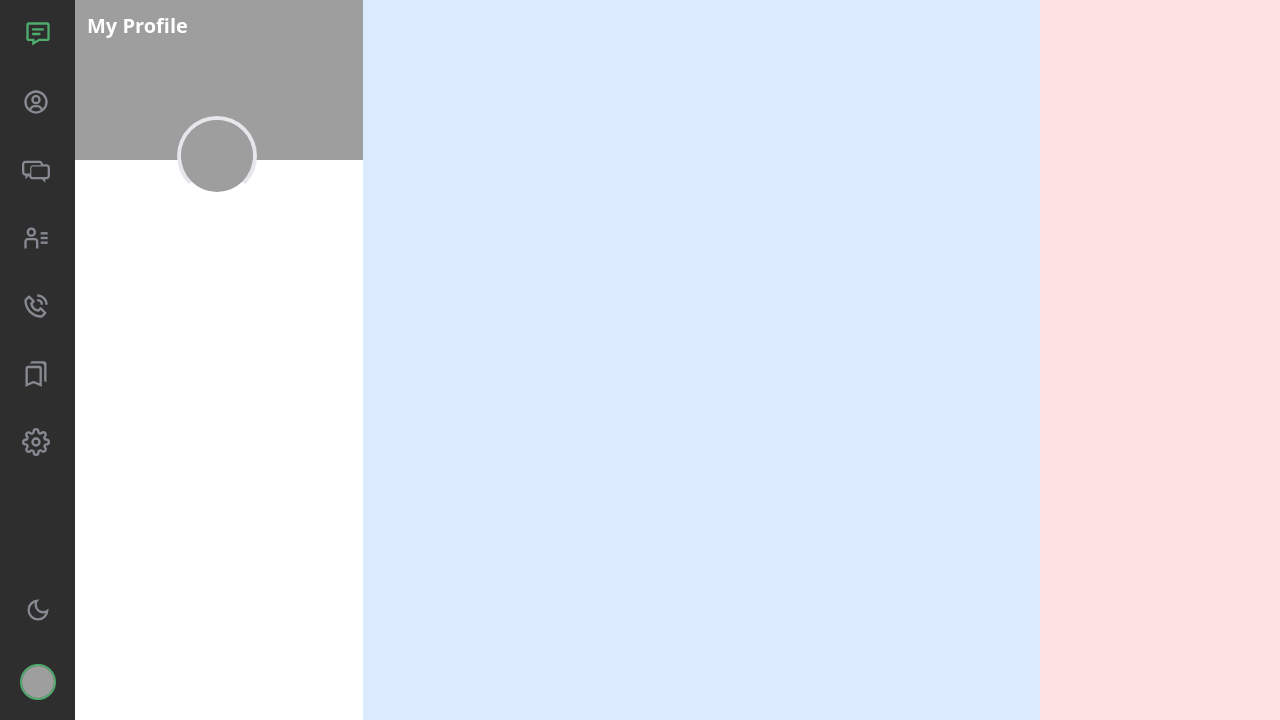
Repository: satya-ranjon/Chat-app
Page: /
The author's editor kept a copy of each file at every save. The page is drawn from the files as they stood at one save, then again after the next save.
The browser window is 1280 px wide. The pictures show the whole page.
Pictures or frames that could not be fetched are drawn as grey boxes. The project was rebuilt for these pictures with package versions that can differ from the ones it lists, and the page was loaded fresh each time.

Above is the page before, as saved 2022-03-31 03:39:53.

After the next save:
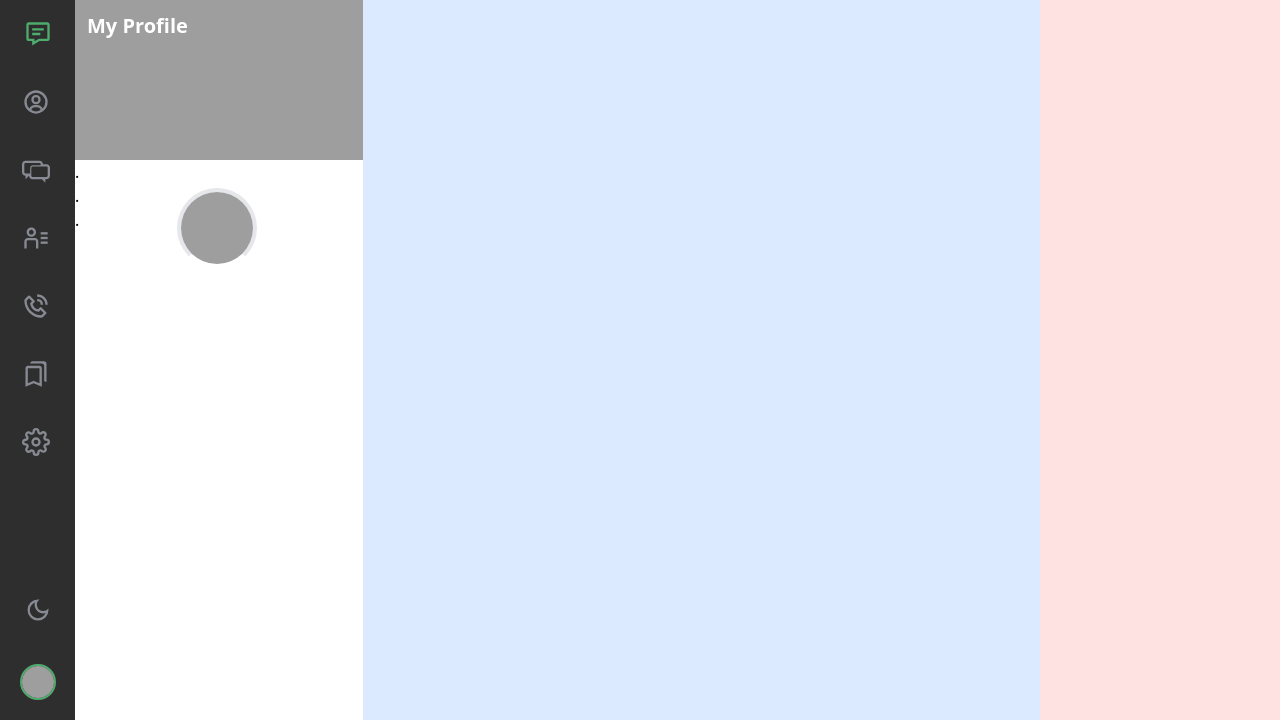
Saved 44 s later.
--- a/src/components/MyProfile/MyProfile.jsx
+++ b/src/components/MyProfile/MyProfile.jsx
@@ -12,6 +12,11 @@
         <p className=" absolute top-0 left-0 p-3 text-white font-semibold text-xl">
           My Profile
         </p>
+        <div className="flex flex-col">
+          <p>.</p>
+          <p>.</p>
+          <p>.</p>
+        </div>
       </div>
     </div>
   );

After the 2 saves that followed:
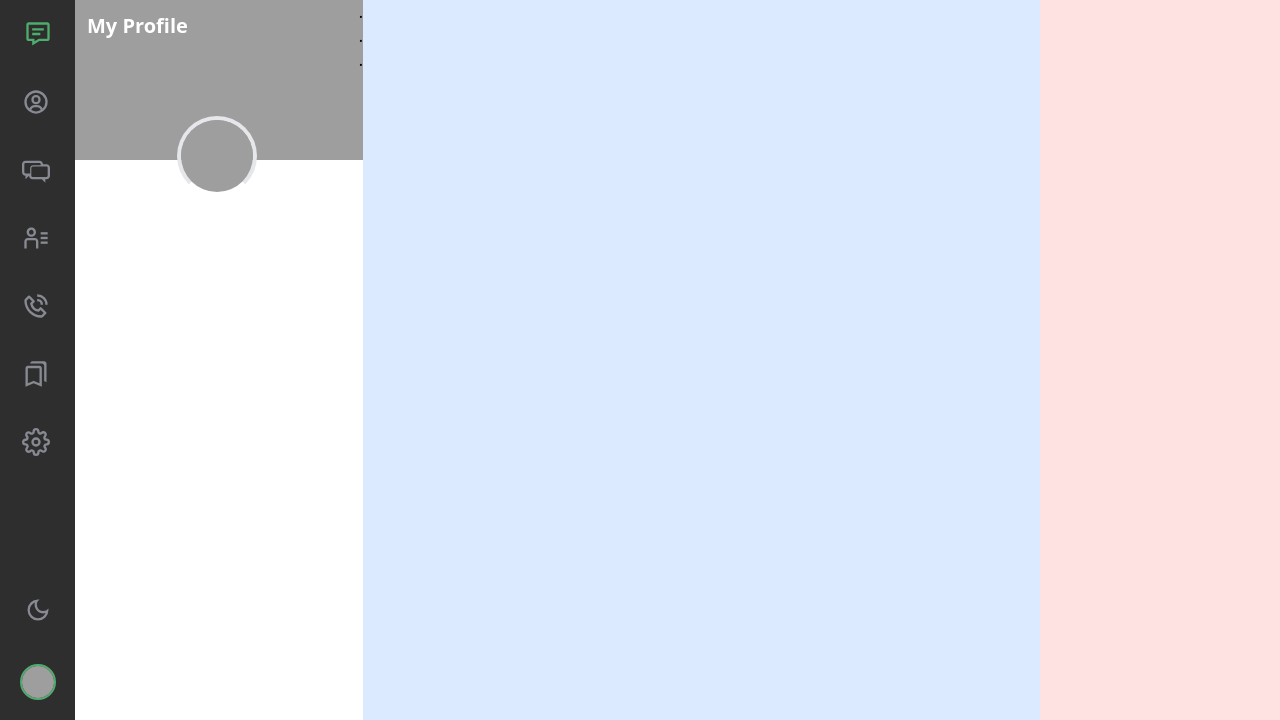
The 2 saves are shown as one change because 1 left the picture as it was.
The last was saved 31 s later.
--- a/src/components/MyProfile/MyProfile.jsx
+++ b/src/components/MyProfile/MyProfile.jsx
@@ -12,7 +12,7 @@
         <p className=" absolute top-0 left-0 p-3 text-white font-semibold text-xl">
           My Profile
         </p>
-        <div className="flex flex-col">
+        <div className="flex flex-col top-0 right-0 absolute">
           <p>.</p>
           <p>.</p>
           <p>.</p>
